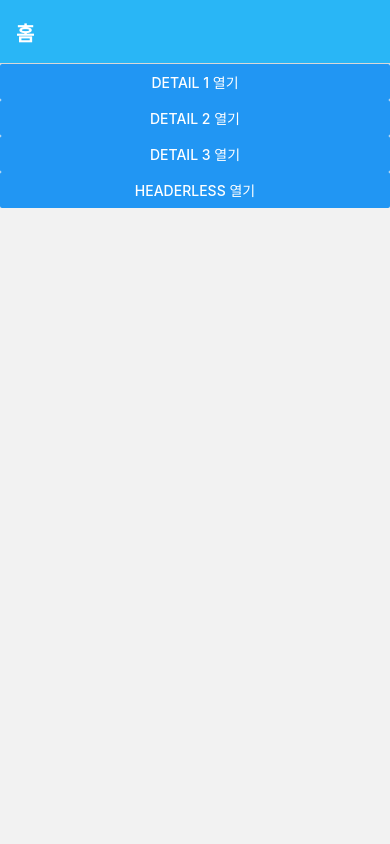
Repository: H-Rn-Study/haebzzang
Screen: / (app in LearnReactNavigation/)
These files come from the project's save history. The screen is drawn as it stood at one moment and after the next save; the edit follows.
The app was drawn by React Native's web renderer in a window 390 px wide. The project was rebuilt for these pictures with package versions that can differ from the ones it lists, and the page was loaded fresh each time. Also part of the build but not shown: LearnReactNavigation/screen/DetailScreen.js, LearnReactNavigation/screen/HeaderlessScreen.js.

Above is the screen before, as saved 2022-11-02 14:20:04.

After the next save:
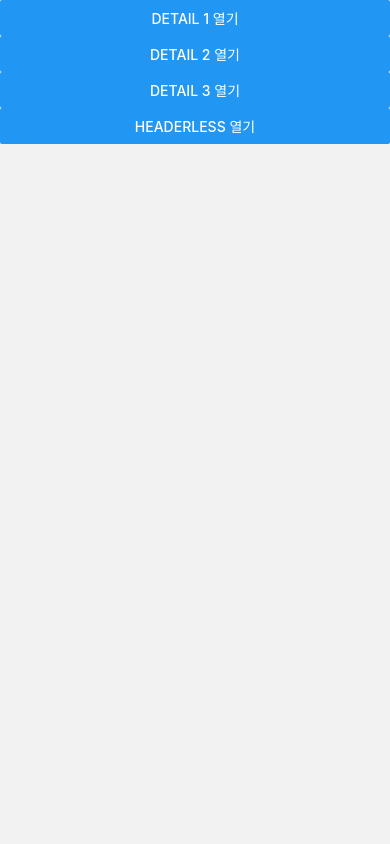
Saved 3 min 45 s later.
--- a/LearnReactNavigation/App.js
+++ b/LearnReactNavigation/App.js
@@ -10,7 +10,8 @@ const Stack = createNativeStackNavigator();
 
 function App() {
   return <NavigationContainer>
-    <Stack.Navigator initialRouteName = "Home">
+    <Stack.Navigator initialRouteName = "Home"
+    screenOptions = {{headerShown : false, }}>
       <Stack.Screen name = "Home" component = {HomeScreen} options = {{title : '홈',
       // Header 블록에 대한 스타일
       headerStyle : {
